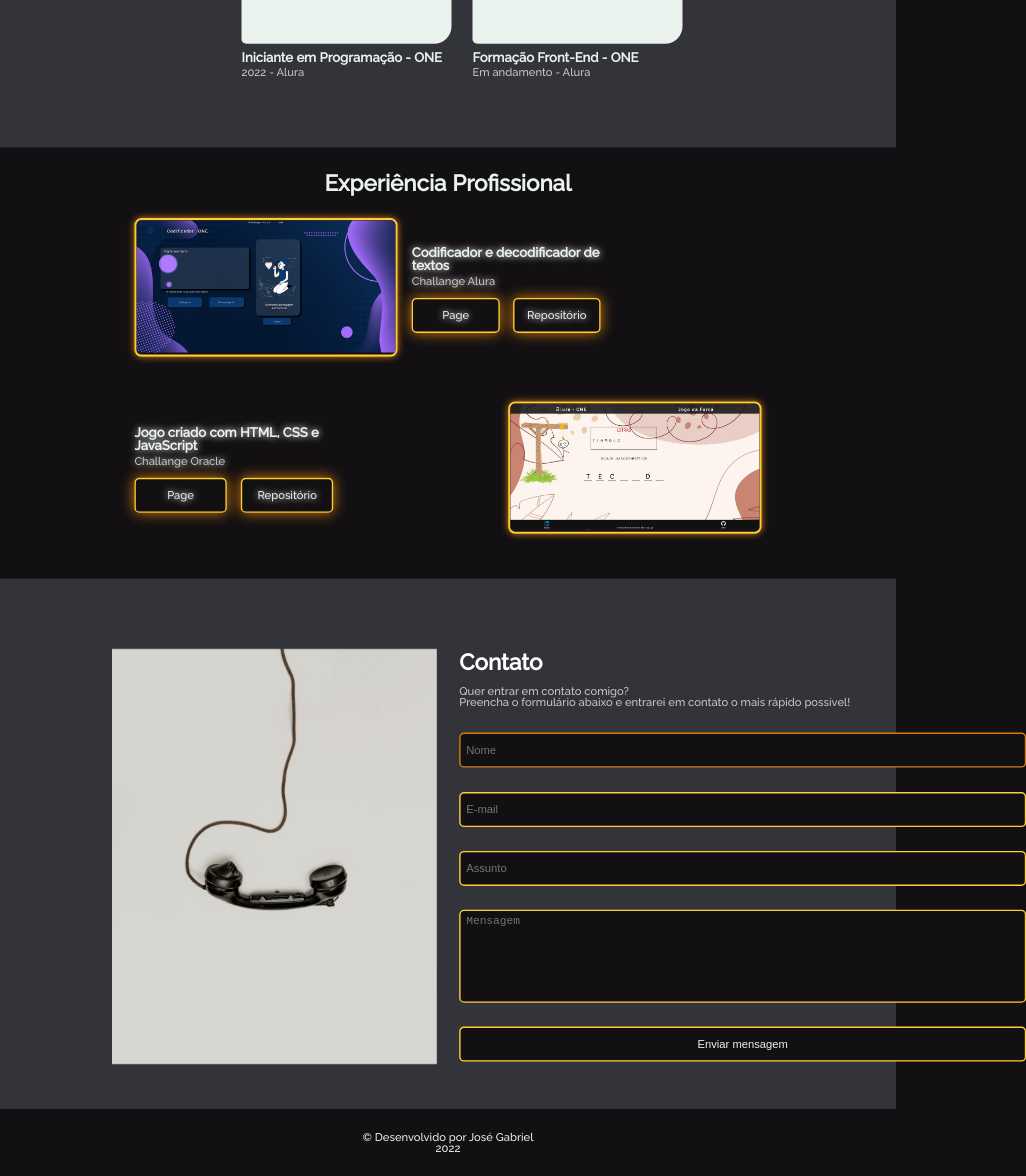
Repository: GabbLps/Portfolio
Page: index.html
These files come from the project's save history. The page is drawn as it stood at one moment and after the next save; the edit follows.
The browser window is 1280 px wide. The page is 1466 px wide, so the pictures cover 1466 px, including what lies to the right of the window. The pictures show the part of the page from y = 1942 to 3622 px (the page is 3622 px tall), at 70% of full size.
The pointer rests on the first visible `.formulario input`.

Above is the page before, as saved 2022-07-04 14:33:32.

After the next save:
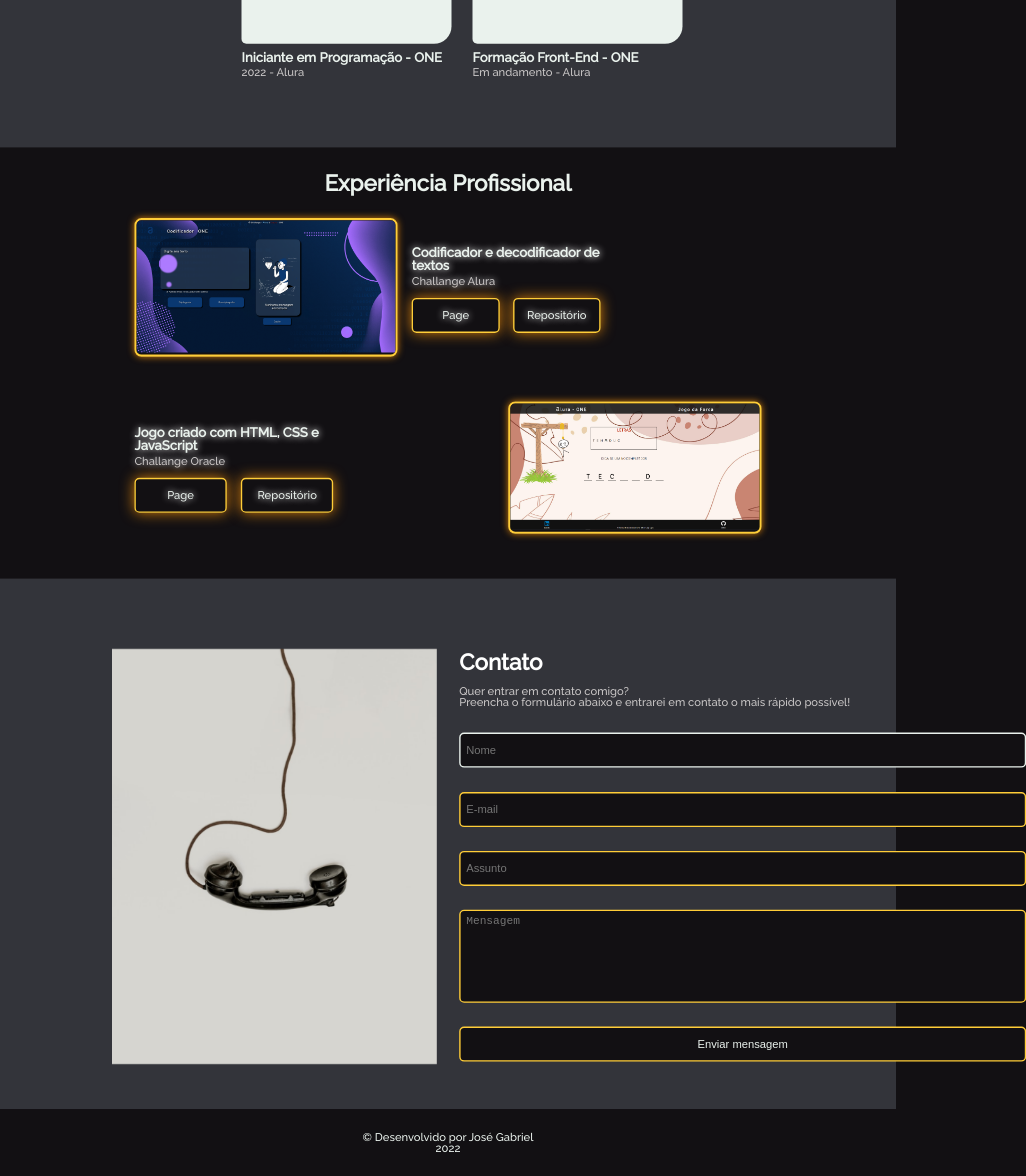
Saved 13 s later.
--- a/style.css
+++ b/style.css
@@ -463,7 +463,7 @@
 }
 
 .formulario input:hover, .formulario textarea:hover {
-    border-color: var(--cor-hover);
+    border-color: var(--cor-fundo-azul);
 }
 
 .formulario textarea {
